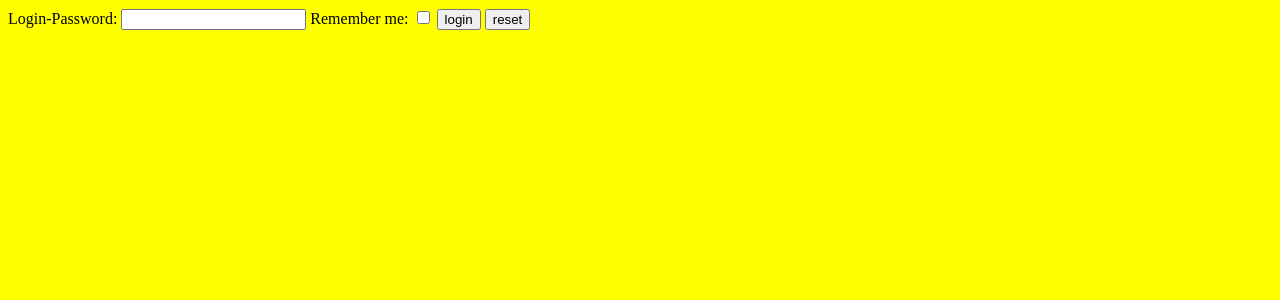
Repository: pawankumarsharm/UST_JDBC_SERVLET
Page: jdbc/empwebapp/WebContent/login.html
These files come from the project's save history. The page is drawn as it stood at one moment and after the next save; the edit follows.
The browser window is 1280 px wide. The pictures show the whole page.

Above is the page before, as saved 2019-11-15 09:42:11.

After the next save:
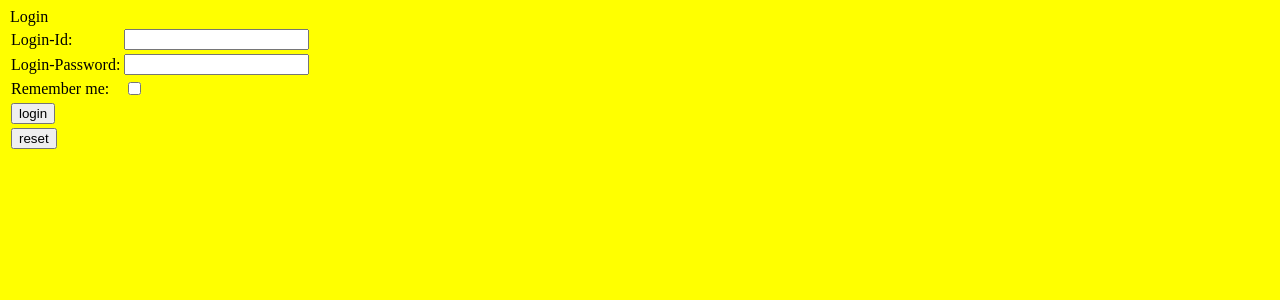
Saved 112 s later.
--- a/jdbc/empwebapp/WebContent/login.html
+++ b/jdbc/empwebapp/WebContent/login.html
@@ -5,32 +5,31 @@
 <title>Insert title here</title>
 </head>
 <body bgcolor="yellow">
-	<form action=""
-		method="post>
+<form action="" method="post>
+<fieldset align="center">
+<legend>Login</legend>
 <table>
 <tr>
 <td>Login-Id:</td>
-<td> <input name="
-		id" type="number">
-		</td>
-		</tr>
+<td> <input name="id" type="number"></td>
+</tr>
 
-		<tr>
-			<td>Login-Password:</td>
-			<td><input type="password" name="password"></td>
-		</tr>
+<tr>
+<td>Login-Password:</td>
+<td>  <input type="password" name="password"></td>
+</tr>
 
-		<tr>
-			<td>Remember me:</td>
-			<td><input type="checkbox"></td>
-		</tr>
+<tr>
+<td>Remember me:</td>
+<td>   <input type="checkbox"></td>
+</tr>
 
-		<tr>
-			<td><input type="submit" value="login"></td>
-		</tr>
+<tr>
+<td><input type="submit" value ="login"></td>
+</tr>
 
 
-		<td><input type="submit" value="reset"><br></td>
+<td><input type="submit" value ="reset"><br></td>
 
 
 
@@ -39,11 +38,11 @@
 
 
 
-		</table>
+</table>
 
 
 
 	</form>
-
+</fieldset>
 </body>
 </html>
